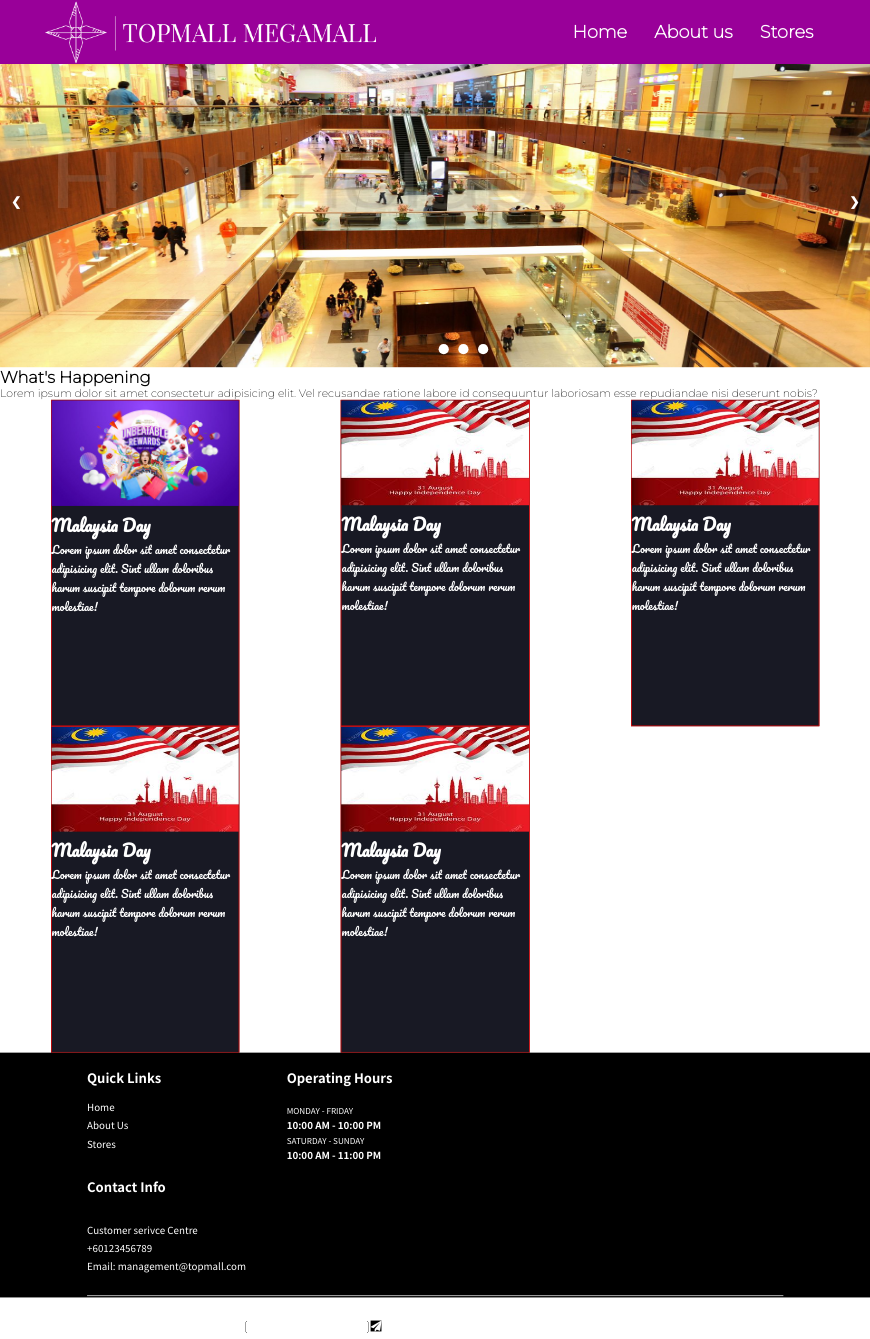
Repository: Jack0Bong/Web-Dev-Assignment
Page: index.html
The author's editor kept a copy of each file at every save. The page is drawn from the files as they stood at one save, then again after the next save.
The browser window is 1280 px wide. The pictures show the whole page, at 68% of full size.

Above is the page before, as saved 2021-09-02 01:48:47.

### index.html
<!DOCTYPE html>
<html lang="en">
    <head>
        <meta charset="UTF-8">
        <meta http-equiv="X-UA-Compatible" content="IE=edge">
        <meta name="viewport" content="width=device-width, initial-scale=1.0">
        <title>Topmall Megamall</title>

        <!-- fonts link -->
        <link href="https://fonts.googleapis.com/css2?family=Montserrat:wght@200&display=swap" rel="stylesheet">
        <link href="https://fonts.googleapis.com/css2?family=Pacifico&display=swap" rel="stylesheet">
        <link href="https://fonts.googleapis.com/css2?family=Caveat&family=Pacifico&display=swap" rel="stylesheet">
        <link href="https://fonts.googleapis.com/css2?family=Roboto&display=swap" rel="stylesheet">
        <link href="https://fonts.googleapis.com/css2?family=Poppins:wght@200&display=swap" rel="stylesheet">
        <link href="https://fonts.googleapis.com/css2?family=Noto+Sans+TC:wght@300&display=swap" rel="stylesheet">

        <!-- icon link -->
        <link rel="stylesheet" href="https://cdnjs.cloudflare.com/ajax/libs/font-awesome/4.7.0/css/font-awesome.min.css">

        <!-- style sheets link -->
        <link rel="stylesheet" href="css/navbar.css">
        <link rel="stylesheet" href="css/index.css">
    </head>
<body>
    <!-- navigation bar -->
    <nav class="nav">
        <img src="Assets/topmall-white.png" alt="Topmall" class="logo">
        <ul class="navlist">
            <!-- links added here -->
            <li><a href="" class="navlink">Home</a></li>
            <li><a href="" class="navlink">About us</a></li>
            <li><a href="" class="navlink">Stores</a></li>
        </ul>
    </nav>

    <!-- carousel with three images -->
    <section>
        <div class="carousel">

            <div class="slides fade">
                <img src="Assets/slide-one.jpg" alt="">
                <div class="slideText">Slide One</div>
            </div>

            <div class="slides fade">
                <img src="Assets/slide-two.jpg" alt="">
                <div class="slideText">Slide One</div>
            </div>

            <div class="slides fade">
                <img src="Assets/slide-three.jpg" alt="">
                <div class="slideText">Slide One</div>
            </div>

            <a onclick="slideController(-1)" class="prevslide">&#10094;</a>
            <a onclick="slideController(1)" class="nextslide">&#10095;</a>

            <div class="slidedot">
                <span onclick="dotController(1)" class="dot"></span>
                <span onclick="dotController(2)" class="dot"></span>
                <span onclick="dotController(3)" class="dot"></span>
            </div>

        </div>
    </section>

    <section class="events-section">
        <div class="event-title">
            <h1>What's Happening</h1>
            <span>Lorem ipsum dolor sit amet consectetur adipisicing elit. Vel recusandae ratione labore id consequuntur laboriosam esse repudiandae nisi deserunt nobis?</span>
        </div>

        <div class="card-view">

            <div class="card">
                <img src="Assets/event-two.jpg" alt="">
                <h2>Malaysia Day</h2>
                <span>Lorem ipsum dolor sit amet consectetur adipisicing elit. Sint ullam doloribus harum suscipit tempore dolorum rerum molestiae!</span>
            </div>
            <div class="card">
                <img src="Assets/event-one.jpg" alt="">
                <h2>Malaysia Day</h2>
                <span>Lorem ipsum dolor sit amet consectetur adipisicing elit. Sint ullam doloribus harum suscipit tempore dolorum rerum molestiae!</span>
            </div>
            <div class="card">
                <img src="Assets/event-one.jpg" alt="">
                <h2>Malaysia Day</h2>
                <span>Lorem ipsum dolor sit amet consectetur adipisicing elit. Sint ullam doloribus harum suscipit tempore dolorum rerum molestiae!</span>
            </div>
            <div class="card">
                <img src="Assets/event-one.jpg" alt="">
                <h2>Malaysia Day</h2>
                <span>Lorem ipsum dolor sit amet consectetur adipisicing elit. Sint ullam doloribus harum suscipit tempore dolorum rerum molestiae!</span>
            </div>
            <div class="card">
                <img src="Assets/event-one.jpg" alt="">
                <h2>Malaysia Day</h2>
                <span>Lorem ipsum dolor sit amet consectetur adipisicing elit. Sint ullam doloribus harum suscipit tempore dolorum rerum molestiae!</span>
            </div>

        </div>
    </section>


    <!-- footer element -->
    <footer>
        <div class="footer-upper">
            <div class="footer-content">
                <h1 class="footer-title">Quick Links</h1>
                <a href="">Home</a>
                <a href="">About Us</a>
                <a href="">Stores</a>
            </div>
            <div class="footer-content">
                <h1 class="footer-title">Operating Hours</h1>
                <span style="font-size: 0.75em;">MONDAY - FRIDAY</span>
                <h2>10:00 AM - 10:00 PM</h2>
                <span style="font-size: 0.75em;">SATURDAY - SUNDAY</span>
                <h2>10:00 AM - 11:00 PM</h2>
            </div>
            <div class="footer-content">
                <h1 class="footer-title">Contact Info</h1>
                <span>Customer serivce Centre</span>
                <a href="tel:0123456789">+60123456789</a>
                <a href="mailto:someone@example.com">Email: management@topmall.com</a>
            </div>
            <hr>
        </div>
        <div class="footer-lower">
            <div class="footer-email">
                <span style="color: white;">Sign up for Topmall Newsletter</span>
                <form action="" method="post"> <input type="email" name="" id=""> <button type="submit" style="background-color:black;border:none;font-size: 0.5em;"><i class="fa fa-paper-plane"></i></button> </form>
            </div>
            <div class="footer-social">
                <a href="" class="fa fa-facebook-square"></a>
                <a href="" class="fa fa-twitter-square"></a>
                <a href="" class="fa fa-youtube-square"></a>
                <a href="" class="fa fa-instagram"></a>
                <a href="" class="fa fa-reddit"></a>
            </div>
        </div>
    </footer>


    <script src="Js/navbar.js"></script>
    <script src="Js/carousel.js"></script>
</body>
</html>

### css/navbar.css
*{
    padding: 0px;
    margin: 0px;
    box-sizing: border-box;
}

body{
    min-height: 100vh;
    display: flex;
    flex-direction: column;
}


/* Navigation bar style */
nav{
    position: fixed;
    width: 100%;
    height: 13vh;
    display: flex;
    justify-content: space-between;
    transition: 0.3s ease-in-out;
    background-color: #990099;
    opacity: 80%;
    z-index: 999;
}

nav:hover{
    width: 100%;
    height: 13vh;
    opacity: 100%;
}

.shrink{
    height: 9vh;
    background-color: #990099;
}

.logo{
    padding-left: 5vw;
}

.navlist{
    display: flex;
    align-items: center;
    padding-right: 5vw;
}

.navlist li{
    list-style: none;
    padding: 0px 20px;
}

.navlink{
    position: relative;
    color: white;
    font-size: 26px;
    font-weight: 700;
    text-decoration: none;
    font-family: montserrat;
}

.navlink:hover {
    color: white;
}

.navlink::before {
    content: "";
    position: absolute;
    display: block;
    width: 100%;
    height: 2px;
    bottom: 0;
    left: 0;
    background-color: white;
    transform: scaleX(0);
    transition: transform 0.3s ease;
  }

.navlink:hover::before {
    transform: scaleX(1);
}

.navbar-padding{
    width: 100%;
    height: 13vh;
}


/* footer styling */
footer{
    margin-top: auto;
    background-color: black;
    height: 50vh;
}

.footer-upper{
    width: 80%;
    display: flex;
    flex-direction: row;
    justify-content: start;
    margin-left: 10%;
    flex-wrap: wrap;
}

.footer-content{
    display: flex;
    flex-direction: column;
    margin-top: 3vh;
    color: white;
    font-family: 'Noto Sans TC', sans-serif;
    margin-right: 18%;
}

.footer-title{
    margin-bottom: 15%;
    font-size: 1.2em;
}

.footer-content a{
    font-size: 0.9em;
    text-decoration: none;
    color: white;
    padding: 3px 0px 3px 0px;
}

.footer-content span{
    padding: 3px 0px 3px 0px;
    font-size: 0.9em;
    font-family: 'Noto Sans TC', sans-serif;
}

.footer-content h2{
    font-size: 0.9em;
}

.footer-upper hr{
    margin: 3% 0px 3% 0px;
    flex-basis: 100%;
    border: none;
    border-top: 0.1px solid white;
}

.footer-lower{
    width: 80%;
    display: flex;
    flex-direction: row;
    justify-content: space-between;
    margin-left: 10%;
    flex-wrap: wrap;
}

.footer-email{
    font-family: 'Noto Sans TC', sans-serif;
}

.footer-email form{
    display: inline;
    width: fit-content;
}


.footer-social a{
    text-decoration: none;
}

.fa{
    color: white;
    font-size: 2em;
}

### css/index.css
/* Carousel css */
.carousel{
    position: relative;
    width: 100%;
    height: 75vh;
}

.slides{
    display: none;
    width: 100%;
    height: 100%;
}

.slides img{
    width: 100%;
    height: 100%;
}

.prevslide,.nextslide{
    position: absolute;
    top: 50%;
    width: auto;
    padding: 16px;
    color: white;
    font-weight: bold;
    font-size: 18px;
    transition: 0.6s ease;
    border-radius: 0 3px 3px 0;
    user-select: none;
}

.nextslide{
    right: 0%;
    border-radius: 3px 0 0 3px;
}

.slideText{
    display: none;
}

.slidedot{
    position: absolute;
    bottom: 10px;
    display: inline;
    margin-left: 50%;
}

.dot{
    position: relative;
    cursor: pointer;
    height: 15px;
    width: 15px;
    margin: 5px;
    background-color: white;
    border-radius: 50%;
    display: inline-block;
    transition: background-color 0.6s ease;
}

.active, .dot:hover{
    background-color: #bbb;
}

.fade {
    -webkit-animation-name: fade;
    -webkit-animation-duration: 1.5s;
    animation-name: fade;
    animation-duration: 1.5s;
  }

@-webkit-keyframes fade {
from {opacity: .4}
to {opacity: 1}
}

@keyframes fade {
from {opacity: .4}
to {opacity: 1}
}

/* Events section styling */
.events-section{
    width: 100%;
}

.event-title{
    font-family: Montserrat;
}

.card-view{
    display: grid;
    grid-template-columns: repeat(3, 1fr);
    grid-auto-rows: auto;
}

.card{
    margin: auto;
    width: 65%;
    min-height: 480px;
    border: 1px solid red;
    background-color: #181924;
    color: white;
    font-family: pacifico;
}

.card img{
    width: 100%;
    object-fit: cover;
}

### Js/navbar.js
window.addEventListener("scroll", (event) => {
    let scroll = this.scrollY;
    let navbar = document.querySelector('.nav');
    if(scroll >= 100){
        navbar.classList.add("shrink")
    }else{
        navbar.classList.remove("shrink");
    }
});

### Js/carousel.js
let slideIndex = 1;
displaySlide(slideIndex);


function slideController(n){
    displaySlide(slideIndex+= n)
}

function dotController(n){
    slideIndex = n;
    displaySlide(slideIndex);
}

function displaySlide(n){
    let slides = document.querySelectorAll(".slides");
    if(n > slides.length){ slideIndex = 1}
    if(n < 1){ slideIndex = 3}

    for(let i = 0; i < slides.length;i++){
        slides[i].style.display="none";
    }

    slides[slideIndex-1].style.display = "block";

}

After the next save:
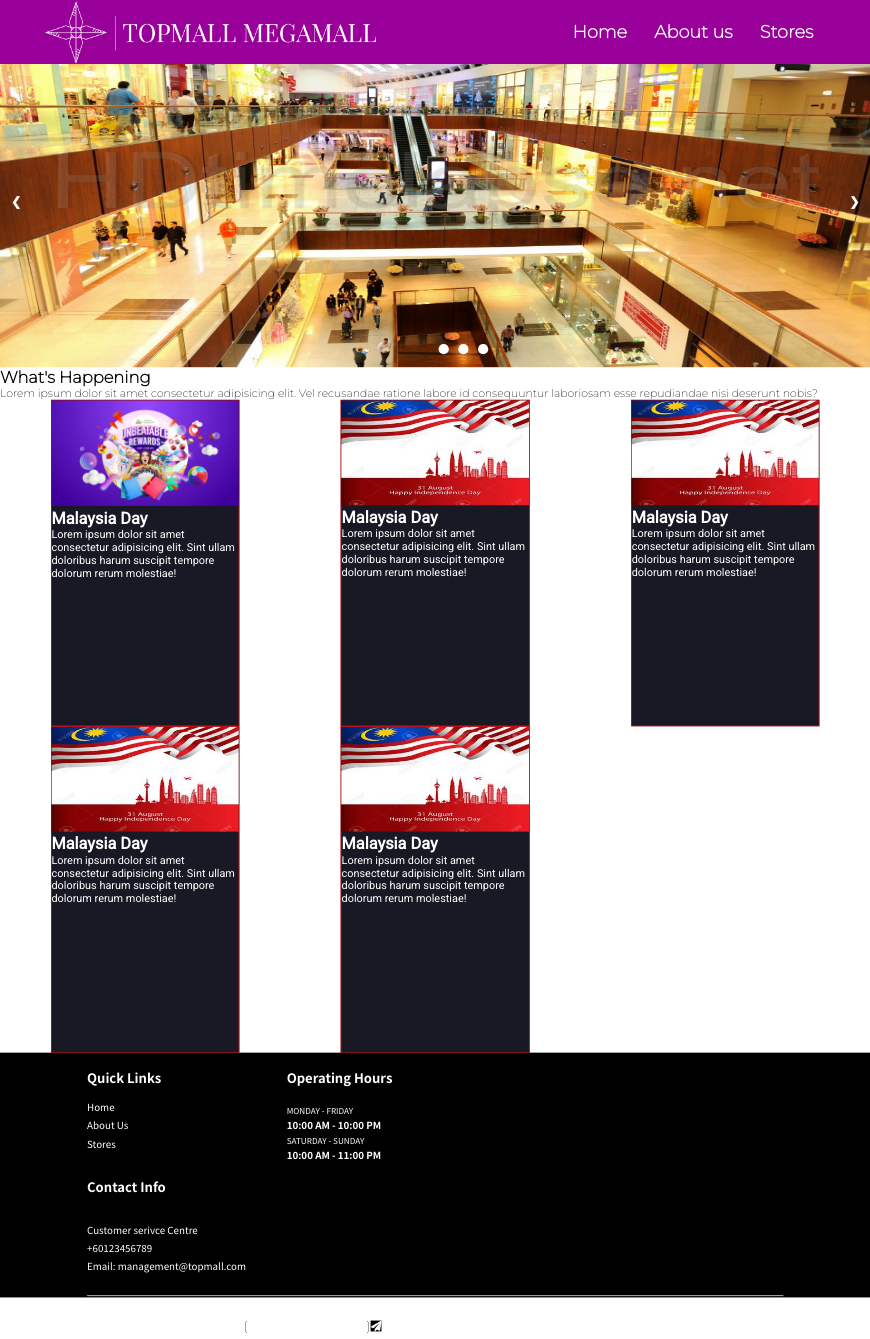
Saved 11 s later.
--- a/css/index.css
+++ b/css/index.css
@@ -100,7 +100,7 @@ to {opacity: 1}
     border: 1px solid red;
     background-color: #181924;
     color: white;
-    font-family: pacifico;
+    font-family: roboto;
 }
 
 .card img{
